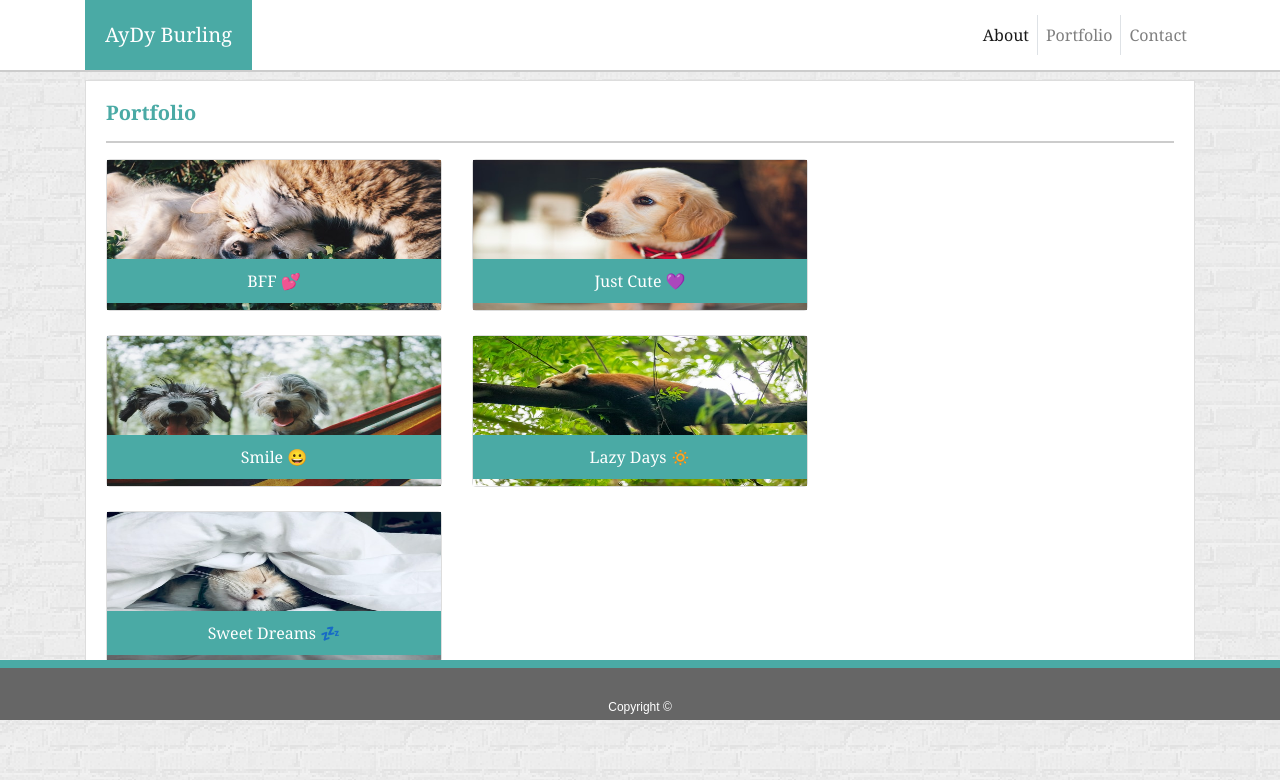
Repository: Dee1985/AyDy-Burling-prework
Page: Module-1_Assessment/portfolio.html
The author's editor kept a copy of each file at every save. The page is drawn from the files as they stood at one save, then again after the next save.
The browser window is 1280 px wide. The pictures show the whole page.

Above is the page before, as saved 2020-05-22 23:37:20.

After the next save:
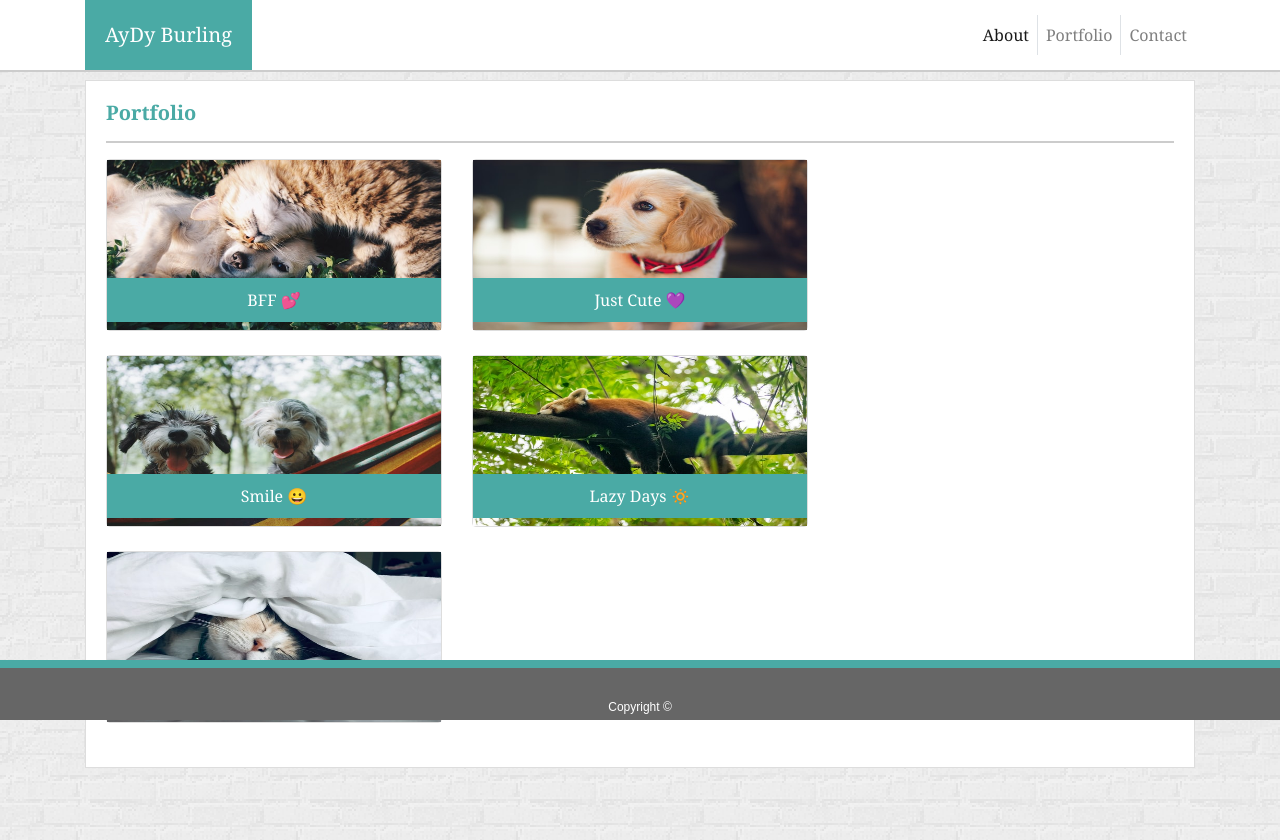
Saved 22 s later.
--- a/Module-1_Assessment/portfolio.html
+++ b/Module-1_Assessment/portfolio.html
@@ -58,7 +58,7 @@
               <!-- first card -->
                 <div class="col-4 mb-4">
                             <div class="card text-white">
-                                <img src="assets/img/krista-mangulsone-9gz3wfHr65U-unsplash.jpg"  height="150px" alt="cat and dog cuddles">
+                                <img src="assets/img/krista-mangulsone-9gz3wfHr65U-unsplash.jpg"  height="170px" alt="cat and dog cuddles">
                                 <div class="card-heading text-center">
                                     BFF 💕
                                 </div>
@@ -67,7 +67,7 @@
                <!-- second card -->
                 <div class="col-4 mb-4">
                             <div class="card text-white">
-                                <img src="assets/img/berkay-gumustekin-ngqyo2AYYnE-unsplash.jpg"  height="150px" alt="puppy pic">
+                                <img src="assets/img/berkay-gumustekin-ngqyo2AYYnE-unsplash.jpg"  height="170px" alt="puppy pic">
                                 <div class="card-heading text-center">
                                     Just Cute 💜
                                 </div>
@@ -78,7 +78,7 @@
             <div class="row">
               <div class="col-4 mb-4">
                             <div class="card text-white">
-                                <img src="assets/img/alvan-nee-FHl79chXS6s-unsplash.jpg" width="100%" height="150px" alt="two dogs smiling">
+                                <img src="assets/img/alvan-nee-FHl79chXS6s-unsplash.jpg" width="100%" height="170px" alt="two dogs smiling">
                                 <div class="card-heading text-center">
                                     Smile 😀
                                 </div>
@@ -87,7 +87,7 @@
                <!-- fourth card -->
                    <div class="col-4 mb-4">
                             <div class="card text-white">
-                                <img src="assets/img/chris-curry-GYpsSWHslHA-unsplash.jpg"  height="150px" alt="animal sleeping on branch">
+                                <img src="assets/img/chris-curry-GYpsSWHslHA-unsplash.jpg"  height="170px" alt="animal sleeping on branch">
                                 <div class="card-heading text-center">
                                     Lazy Days 🔅
                                 </div>
@@ -98,7 +98,7 @@
                <div class="row justify-content-start">
                    <div class="col-4 mb-4">
                             <div class="card text-white">
-                                <img src="assets/img/kate-stone-matheson-uy5t-CJuIK4-unsplash.jpg" height="150px" alt="cat under a blanket">
+                                <img src="assets/img/kate-stone-matheson-uy5t-CJuIK4-unsplash.jpg" height="170px" alt="cat under a blanket">
                                 <div class="card-heading text-center">
                                     Sweet Dreams 💤
                                 </div>
